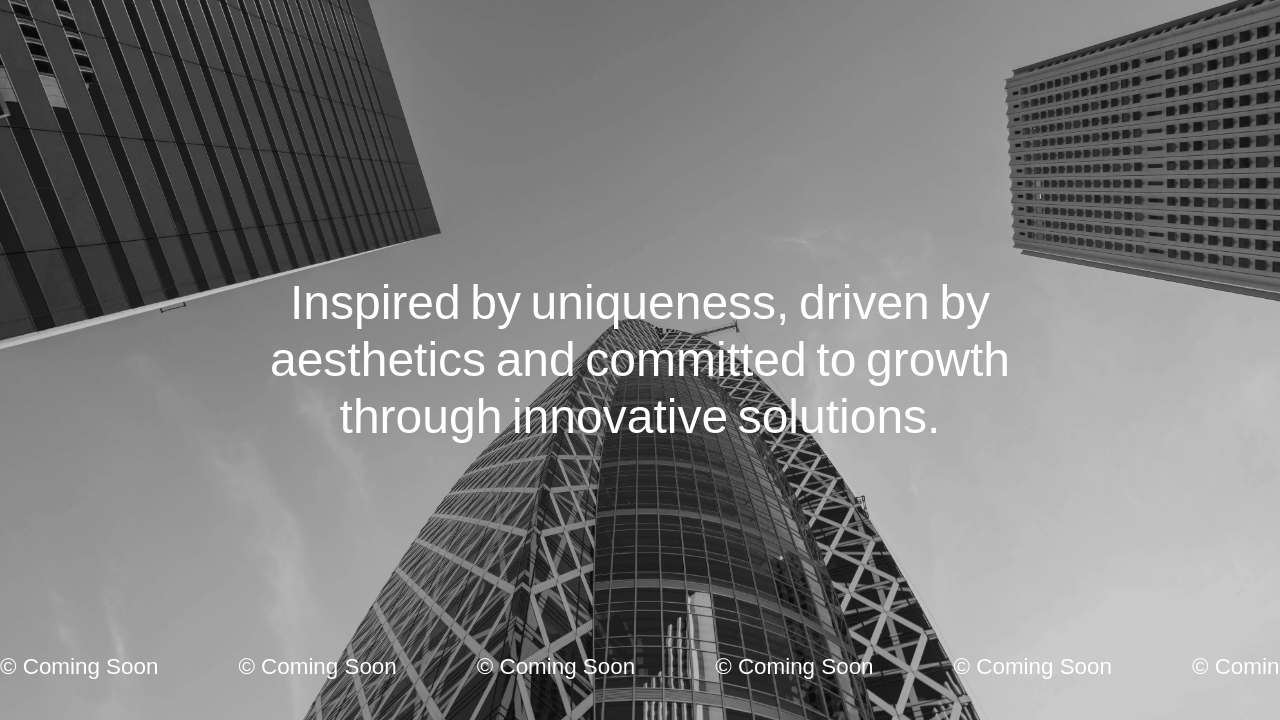
Repository: leswisss/comingsoon
Page: /
These files come from the project's save history. The page is drawn as it stood at one moment and after a run of saves; the edit follows.
The browser window is 1280 px wide. The pictures show the whole page.
Some web fonts or font styles are not loaded; a fallback is used. The project was rebuilt for these pictures with package versions that can differ from the ones it lists, and the page was loaded fresh each time. The framework's server and built-in components were replaced by stand-ins that run in the browser. Also part of the build but not shown: next.config.mjs.

Above is the page before, as saved 2024-06-16 15:29:01.

After the next 2 saves:
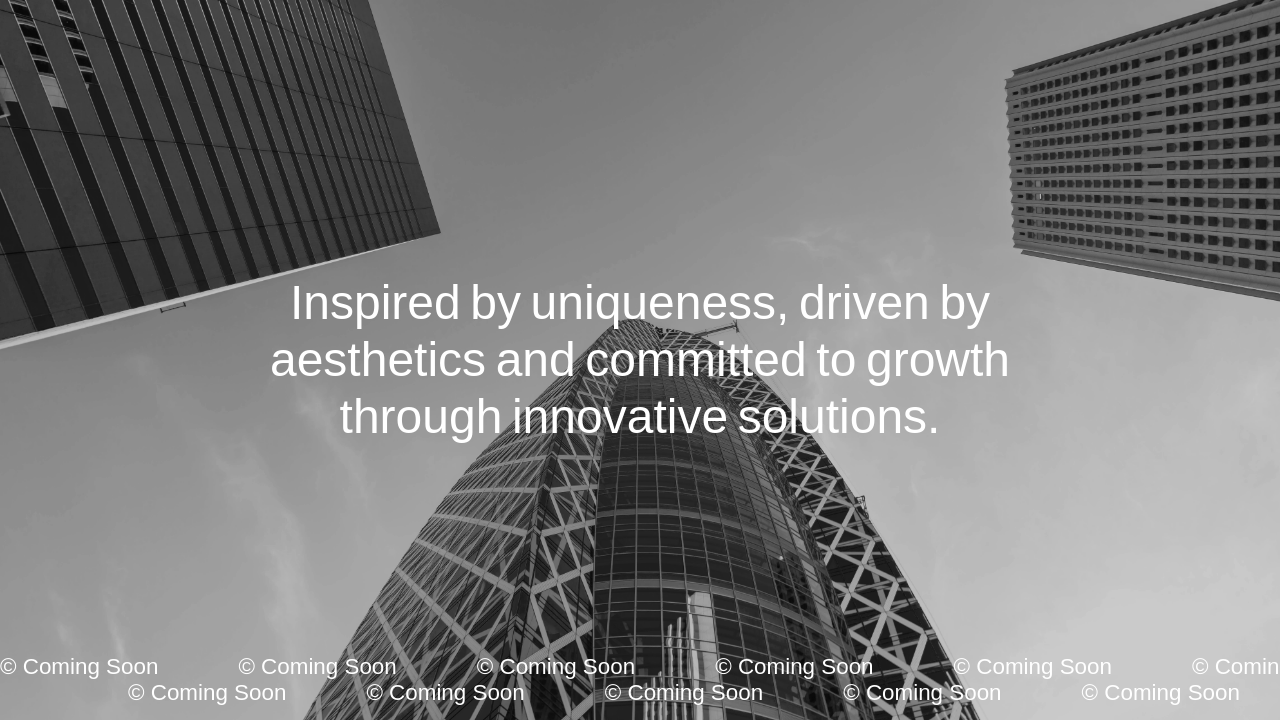
The 2 saves are shown as one change because they came seconds apart.
The last was saved 80 s later.
--- a/styles/marquee.module.scss
+++ b/styles/marquee.module.scss
@@ -1,6 +1,5 @@
 .slider{
   position: relative;
-  display: flex;
 }
 
 .coming__wrapper{
@@ -15,6 +14,6 @@
 
   &:nth-of-type(2){
     position: absolute;
-    left: 100%;
+    left: 10%;
   }
 }
